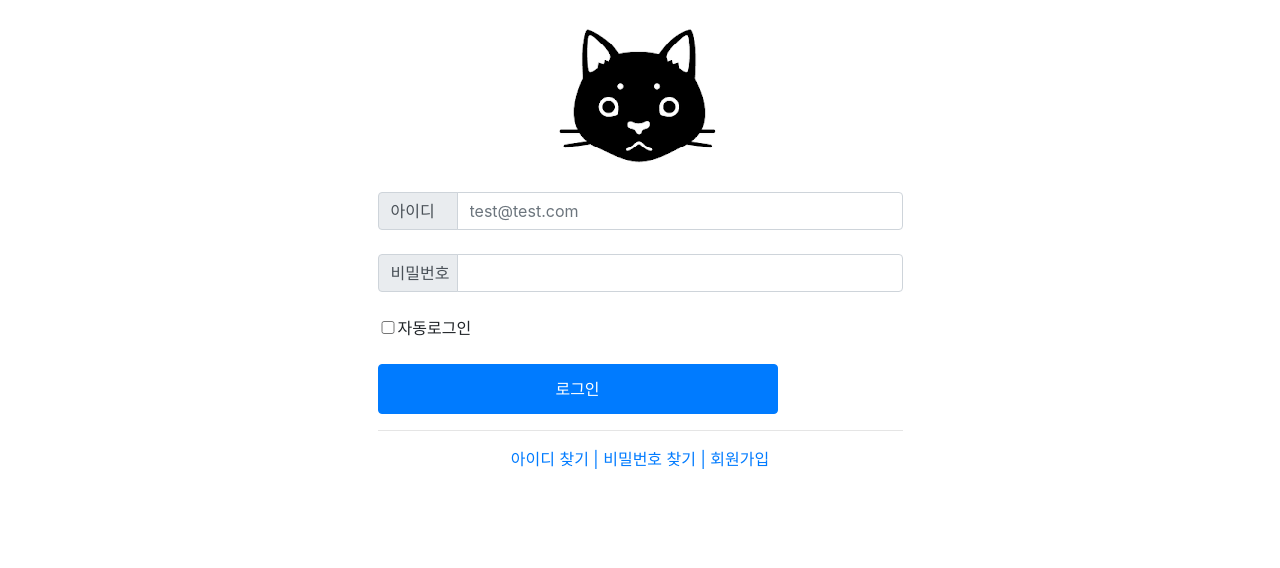
Repository: 0deepsleep/SpringMVCStudy
Page: http://localhost/TestProject/Login.jsp
An editor plug-in stored every save of this project. The page is shown before and after the next save, followed by the edit.
The browser window is 1280 px wide. The pictures show the whole page.
The page is served by Tomcat 9.

Above is the page before, as saved 2019-06-14 09:45:22.

After the next save:
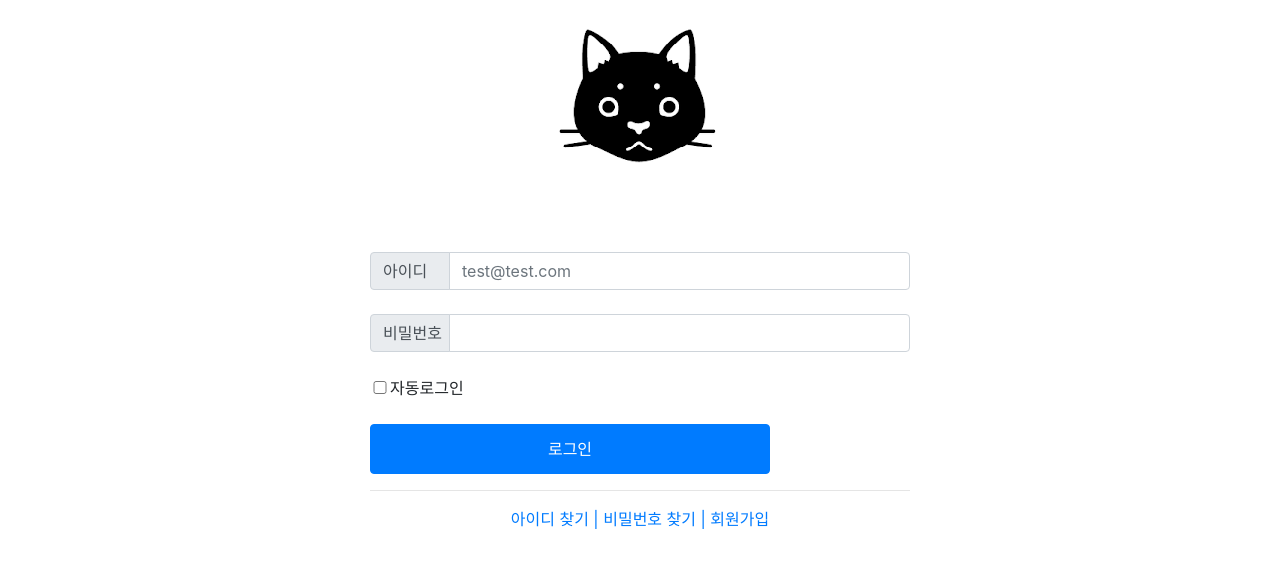
Saved 9 s later.
--- a/TestProject/WebContent/Login.jsp
+++ b/TestProject/WebContent/Login.jsp
@@ -83,6 +83,7 @@
 
 <div class="text-center container">
 	<img src="<%=cp %>/img/cat.png" class="rounded" alt="" >
+  <div class="row" style="margin-top: 60px;">
   	<div class="col-md-6 offset-md-3">
   		<div class="input-group" id="memberForm">
 	  		<div class="input-group-prepend">
